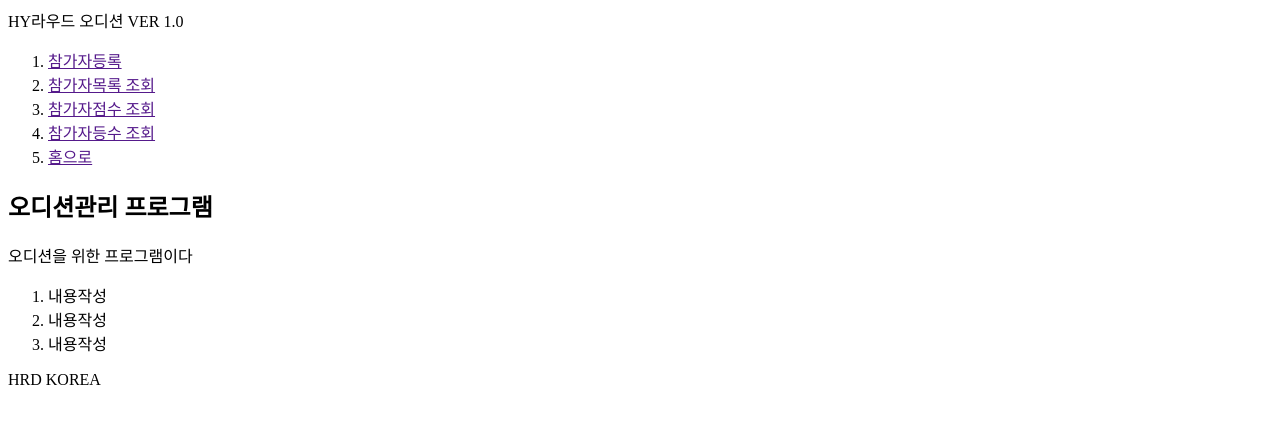
Repository: hoger96/java
Page: http://localhost/Audition/
An editor plug-in stored every save of this project. The page is shown before and after the next save, followed by the edit.
The browser window is 1280 px wide. The pictures show the whole page.
The page is served by Tomcat 9. Other server files are loaded and not shown.

Above is the page before, as saved 2023-02-05 14:35:04.

### Audition/src/main/webapp/index.jsp
<%@ page language="java" contentType="text/html; charset=UTF-8"
    pageEncoding="UTF-8"%>
<!DOCTYPE html>
<html>
<head>
<meta charset="UTF-8">
<title>Insert title here</title>
</head>
<body>
<header>HY라우드 오디션 VER 1.0</header>
<nav>
	<ol>
		<li><a href="">참가자등록</a></li>
		<li><a href="">참가자목록 조회</a></li>
		<li><a href="">참가자점수 조회</a></li>
		<li><a href="">참가자등수 조회</a></li>
		<li><a href="">홈으로</a></li>
	</ol>
</nav>
<section>
	<h2>오디션관리 프로그램</h2>
	<p>오디션을 위한 프로그램이다</p>
	<ol>
		<li>내용작성</li>
		<li>내용작성</li>
		<li>내용작성</li>
	</ol>
</section>
<footer>HRD KOREA</footer>
</body>
</html>

After the next save:
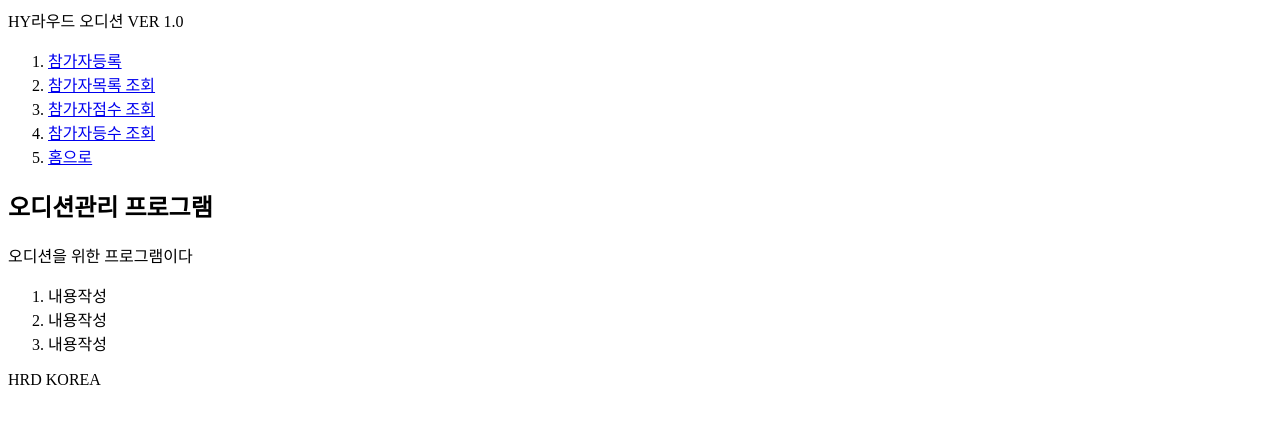
Saved 107 s later.
--- a/Audition/src/main/webapp/index.jsp
+++ b/Audition/src/main/webapp/index.jsp
@@ -5,16 +5,19 @@
 <head>
 <meta charset="UTF-8">
 <title>Insert title here</title>
+<%
+	String path = request.getContextPath();
+%>
 </head>
 <body>
 <header>HY라우드 오디션 VER 1.0</header>
 <nav>
 	<ol>
-		<li><a href="">참가자등록</a></li>
-		<li><a href="">참가자목록 조회</a></li>
-		<li><a href="">참가자점수 조회</a></li>
-		<li><a href="">참가자등수 조회</a></li>
-		<li><a href="">홈으로</a></li>
+		<li><a href="<%=path%>/reg">참가자등록</a></li>
+		<li><a href="<%=path%>/list">참가자목록 조회</a></li>
+		<li><a href="<%=path%>/score">참가자점수 조회</a></li>
+		<li><a href="<%=path%>/rank">참가자등수 조회</a></li>
+		<li><a href="index.jsp">홈으로</a></li>
 	</ol>
 </nav>
 <section>
